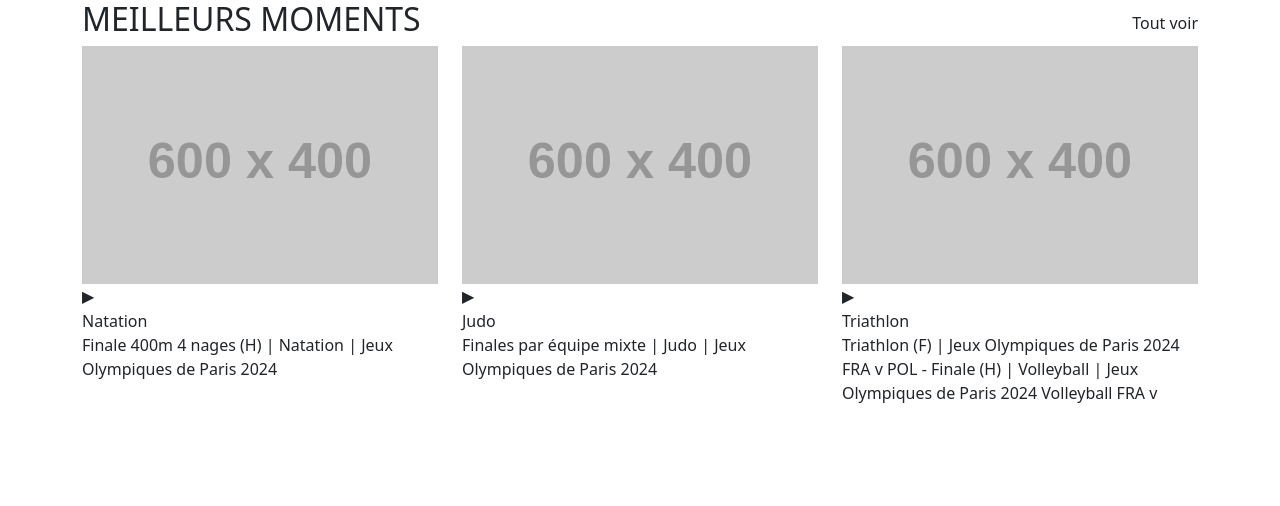
Repository: fbansept/ran3_24_jeu
Page: index.html
These files come from the project's save history. The page is drawn as it stood at one moment and after a run of saves; the edit follows.
The browser window is 1280 px wide. The pictures show the whole page.

Above is the page before, as saved 2024-10-14 15:53:04.

After the next 4 saves:
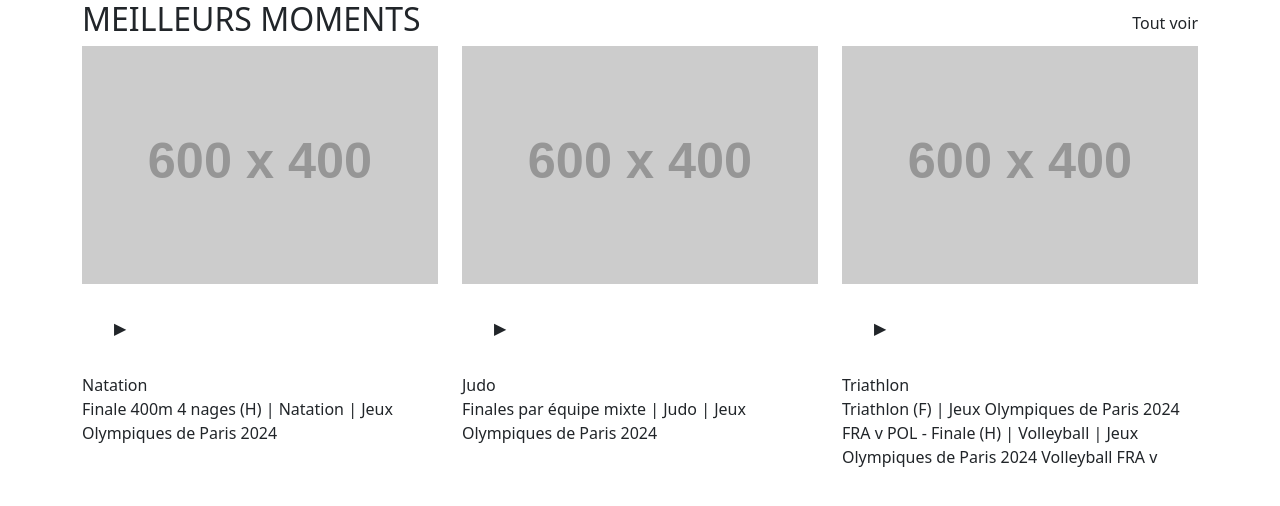
The 4 saves are shown as one change because they came seconds apart.
The last was saved 12 s later.
--- a/styles.css
+++ b/styles.css
@@ -10,7 +10,9 @@ main > section > header {
 }
 
 main > section > div > article > .image > .bouton-play {
-  padding: ;
+  padding: 2em;
+  border-radius: 5px;
+  border: ;
 }
 
 main > section > div > article > .image > .bouton-play::after {
